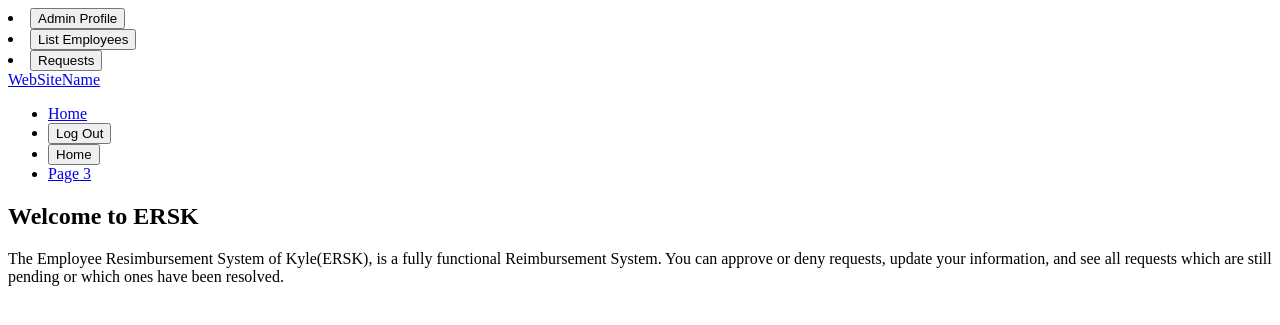
Repository: 1807-mehrab/project-1-KyleAButterfield
Page: ERSK/ERSK/src/main/webapp/ManagerHomePage.html
An editor plug-in stored every save of this project. The page is shown before and after the next save, followed by the edit.
The browser window is 1280 px wide. The pictures show the whole page.

Above is the page before, as saved 2018-08-01 20:48:52.

After the next save:
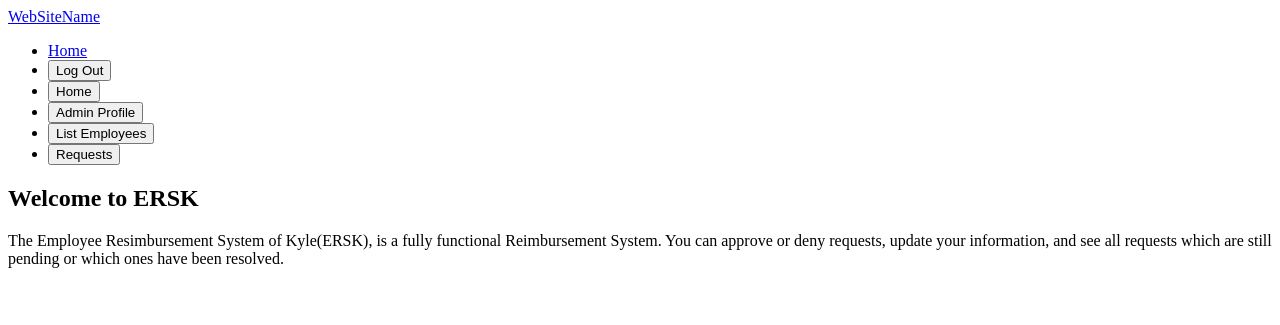
Saved 2 min 35 s later.
--- a/ERSK/ERSK/src/main/webapp/ManagerHomePage.html
+++ b/ERSK/ERSK/src/main/webapp/ManagerHomePage.html
@@ -4,9 +4,6 @@
 <meta charset="ISO-8859-1">
 <title>ERSK-Home Page</title>
 
-	<li class="nav-item"><input type="button" onClick ="GetInfo()" value="Admin Profile"></li>
-	<li class="nav-item"><input type="button" onClick="GetAllEmployees()" value="List Employees"></li>
-	<li class="nav-item"><input type="button" onClick="LoadAdminRequestPage()" value="Requests"> </li>
 	<nav class="navbar navbar-inverse">
   <div class="container-fluid">
     <div class="navbar-header">
@@ -16,11 +13,13 @@
       <li class="active"><a href="#">Home</a></li>
       <li><input type="button" onClick="AdminLogout()" value="Log Out"></li>
       <li><input type="button" onClick="HomePage()" value="Home"></li>
-      <li><a href="#">Page 3</a></li>
+      <li><input type="button" onClick ="GetInfo()" value="Admin Profile"></li>
+      <li><input type="button" onClick="GetAllEmployees()" value="List Employees"></li>
+      <li><input type="button" onClick="LoadAdminRequestPage()" value="Requests"></li>
     </ul>
   </div>
 </nav>
-	<script src="Adminfunctions.js"></script>
+
 </head>
 <body>
 	<div id="body">
@@ -32,7 +31,8 @@
 	</div>
 	<div id="lower">
 	</div>
-
+	<script src="Adminfunctions.js"></script>
+	<script> src="webjars/bootstrap/3.3.7/js/bootstrap.min.js"</script>
 </body>
 
 </html>
